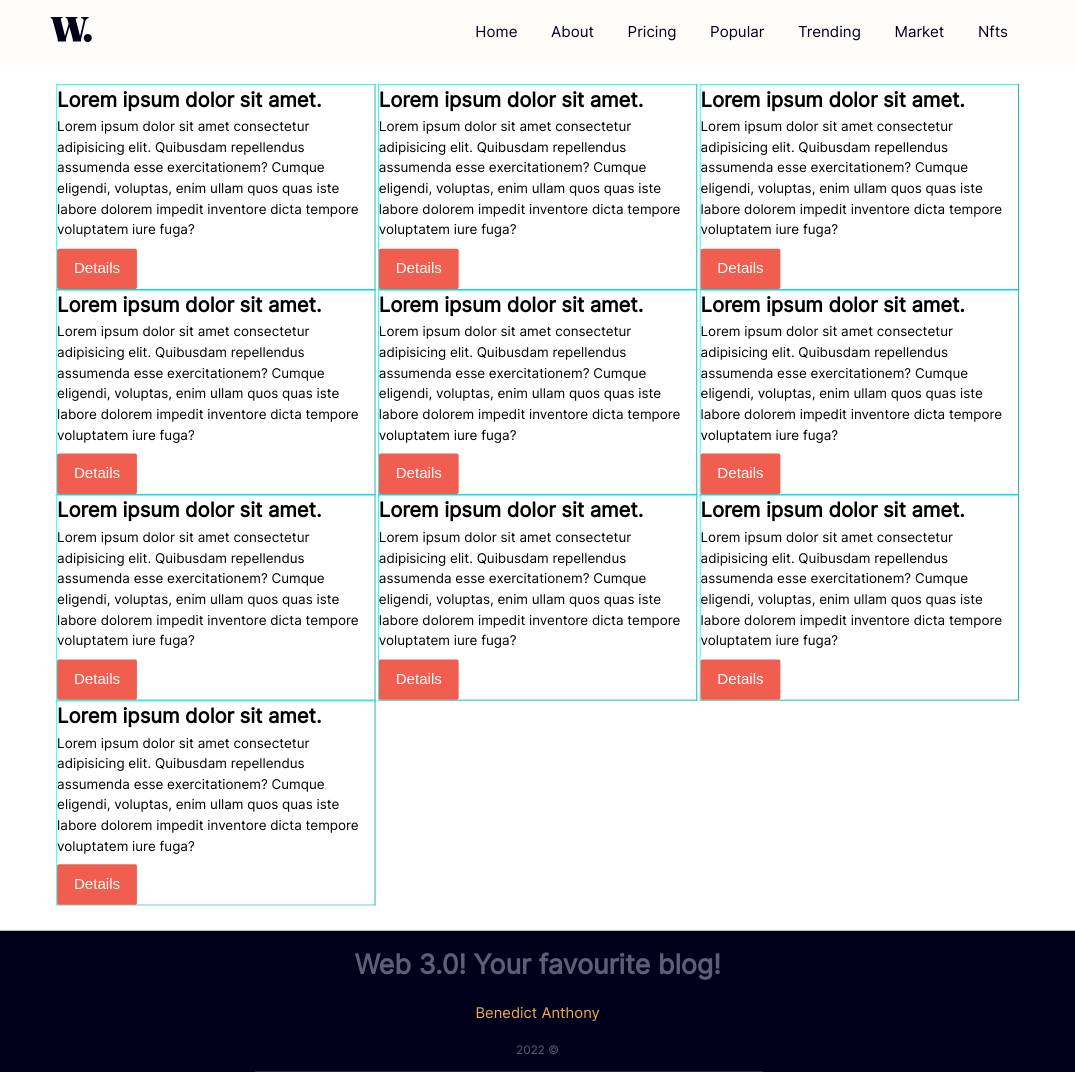
Repository: Benedict-Anthony/web3.0-blog-chain
Page: /market
An editor plug-in stored every save of this project. The page is shown before and after the next save, followed by the edit.
The browser window is 1280 px wide. The pictures show the whole page, at 84% of full size.
The project was rebuilt for these pictures with package versions that can differ from the ones it lists, and the page was loaded fresh each time. The framework's server and built-in components were replaced by stand-ins that run in the browser. Also part of the build but not shown: next.config.js, styles/styles.css.

Above is the page before, as saved 2022-12-22 05:22:20.

After the next save:
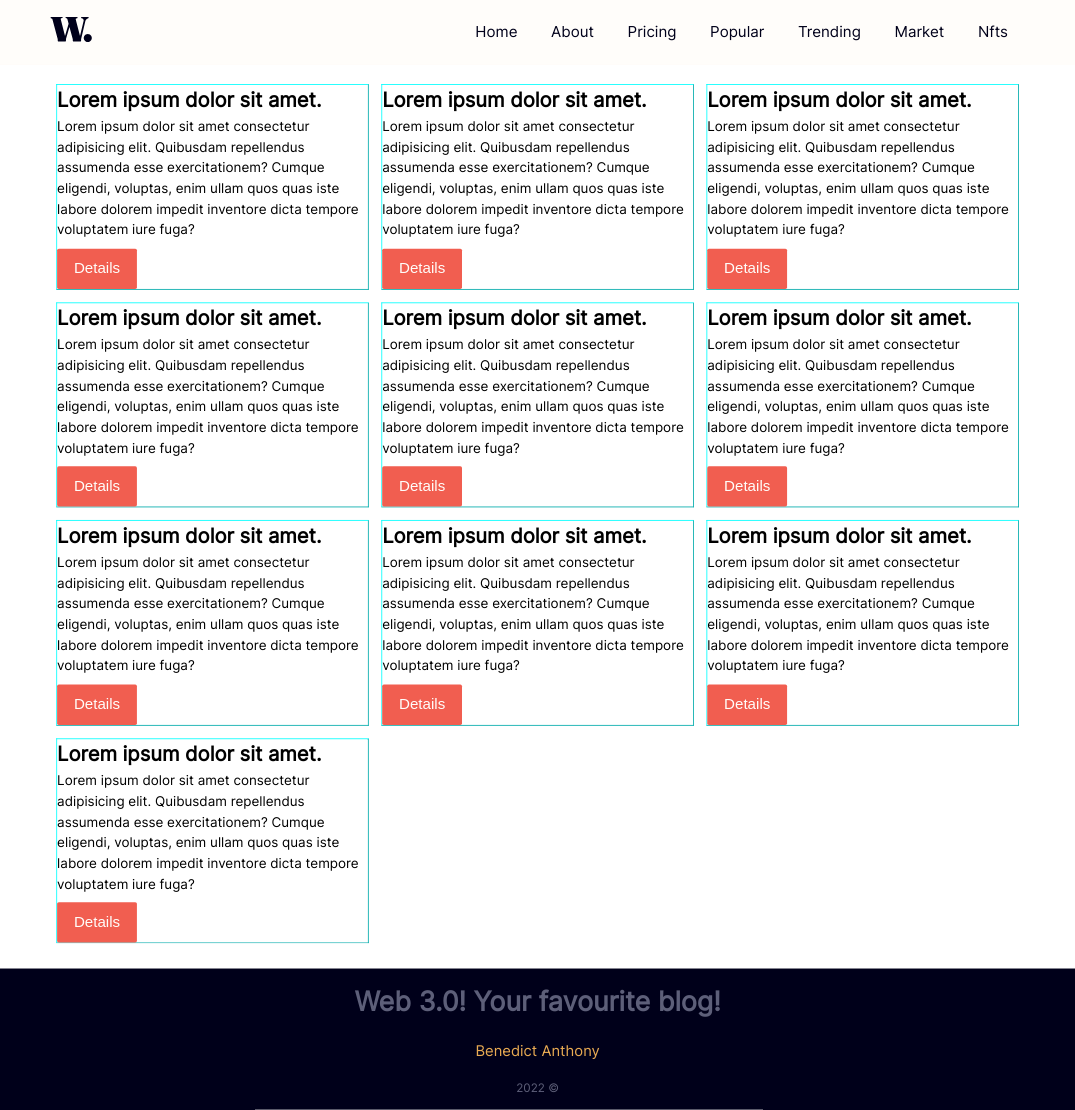
Saved 27 s later.
--- a/styles/Market.module.scss
+++ b/styles/Market.module.scss
@@ -4,7 +4,7 @@
     grid-template-columns: repeat(auto-fit, minmax(20rem, 1fr));
     justify-content: center;
     align-items: center;
-    column-gap: 3px;
+    gap: 15px;
 
 }
 
